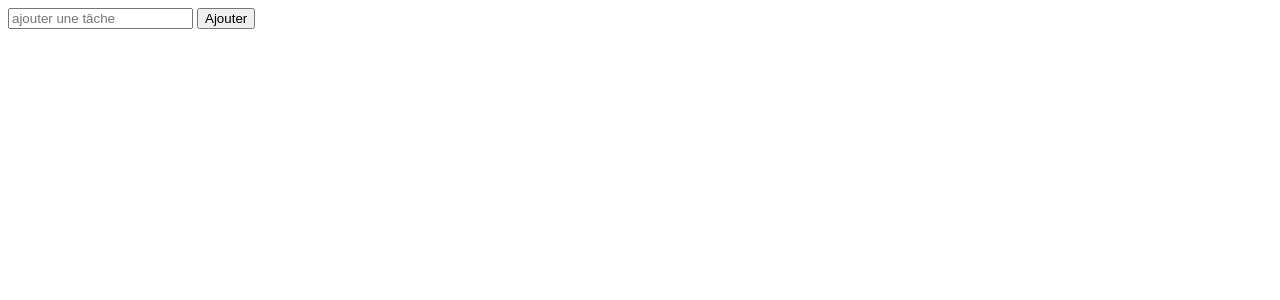
Repository: Coumba25040/coumbaProjet
Page: exoGPT/EXO/miniProjetDom.html
These files come from the project's save history. The page is drawn as it stood at one moment and after the next save; the edit follows.
The browser window is 1280 px wide. The pictures show the whole page.

Above is the page before, as saved 2025-07-06 15:40:40.

After the next save:
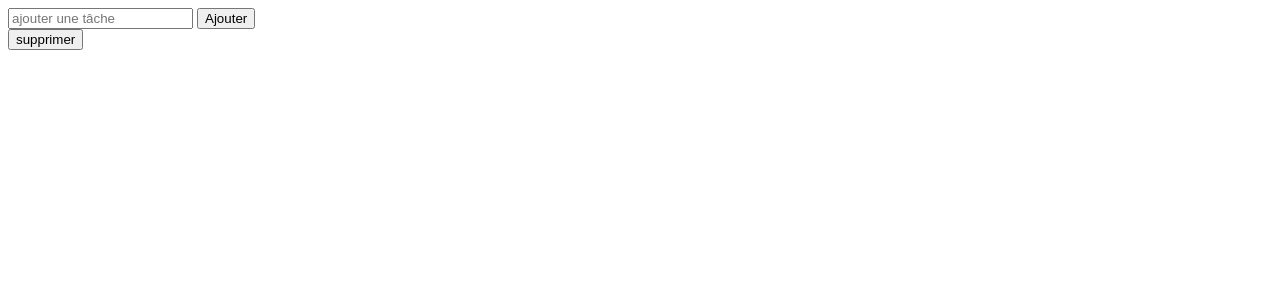
Saved 26 min 32 s later.
--- a/exoGPT/EXO/miniProjetDom.html
+++ b/exoGPT/EXO/miniProjetDom.html
@@ -9,6 +9,7 @@
     <input id="input" type="text" placeholder="ajouter une tâche">
     <button id="ajouter">Ajouter</button>
     <div id="containerTâche">
+        <button>supprimer</button>
 
     </div>
     <script src="miniProjetDom.js"></script>

After the save that followed:
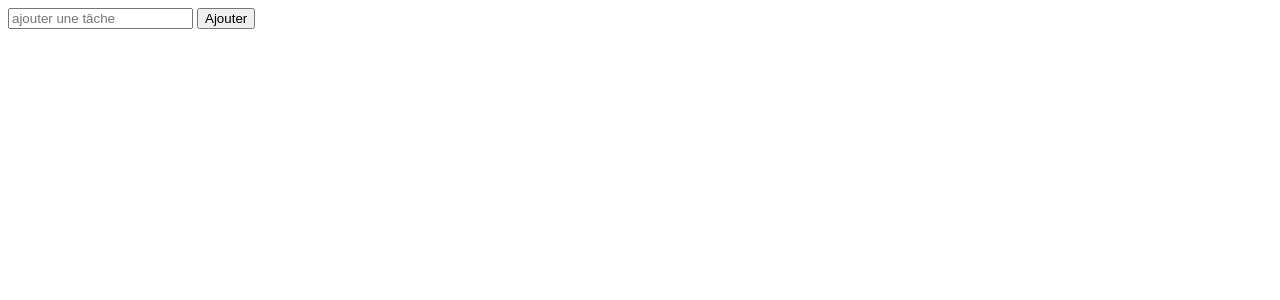
Saved 89 s later.
--- a/exoGPT/EXO/miniProjetDom.html
+++ b/exoGPT/EXO/miniProjetDom.html
@@ -9,8 +9,6 @@
     <input id="input" type="text" placeholder="ajouter une tâche">
     <button id="ajouter">Ajouter</button>
     <div id="containerTâche">
-        <button>supprimer</button>
-
     </div>
     <script src="miniProjetDom.js"></script>
 </body>
